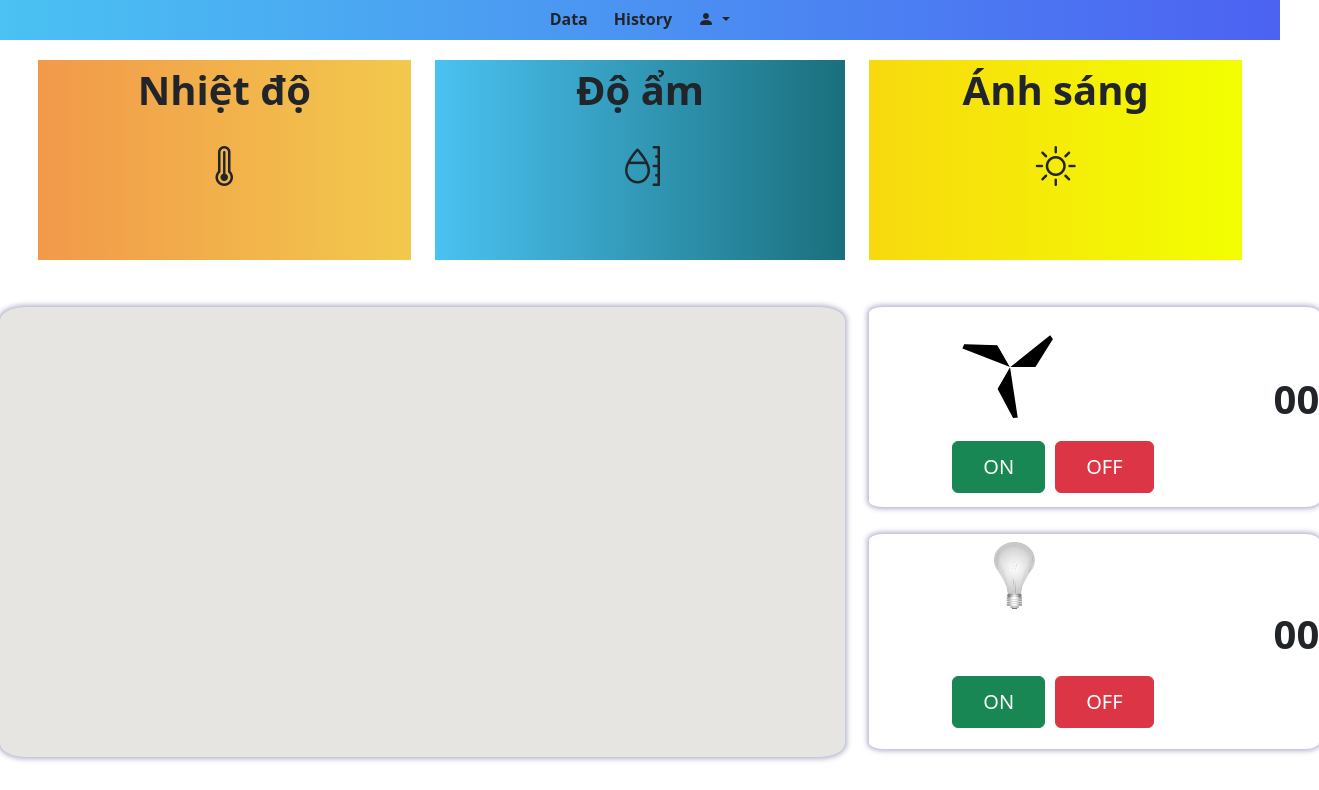
Repository: ndmq03102002/BTL_IOT
Page: Fontend_IOT/iot/index.html
These files come from the project's save history. The page is drawn as it stood at one moment and after the next save; the edit follows.
The browser window is 1280 px wide. The page is 1319 px wide, so the pictures cover 1319 px, including what lies to the right of the window. The pictures show the whole page.
The page's requests for data from a server got no answer.

Above is the page before, as saved 2023-11-09 17:00:00.

After the next save:
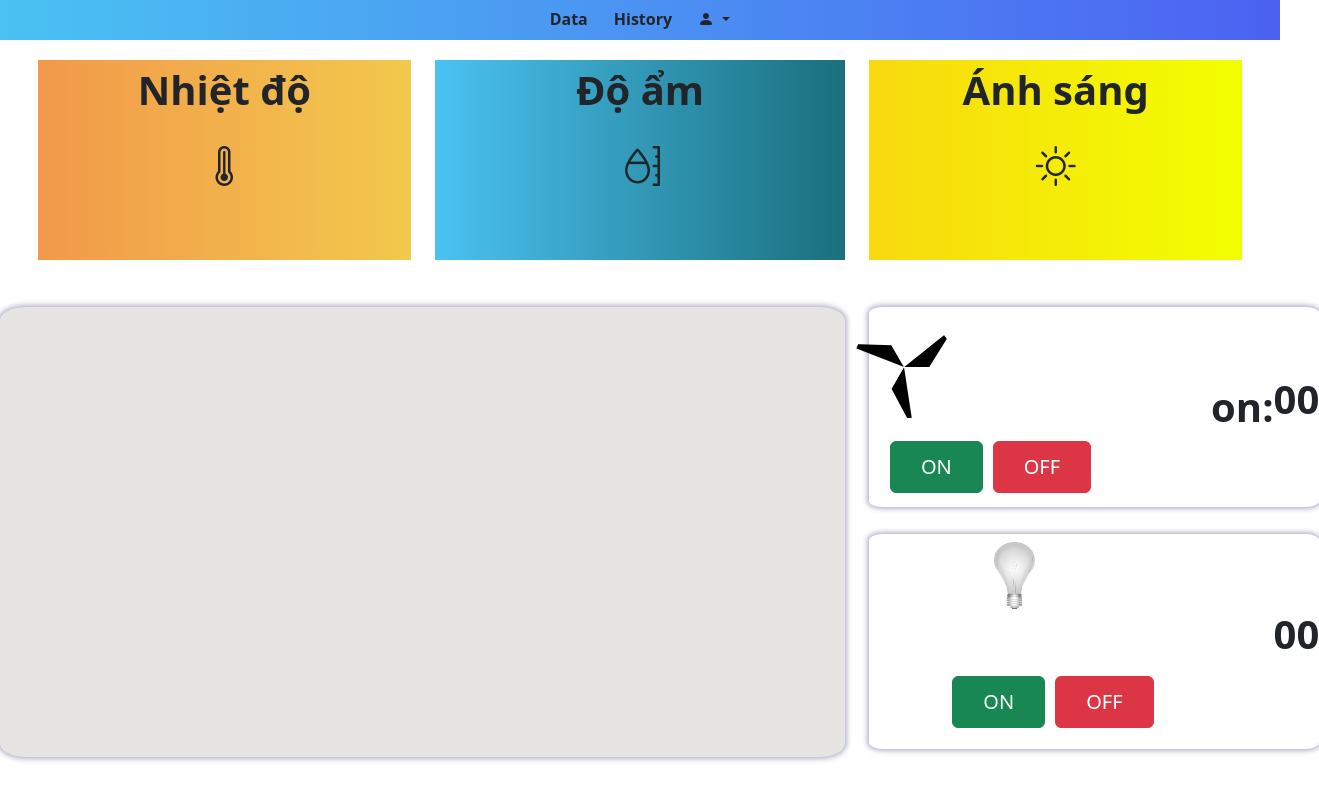
Saved 89 s later.
--- a/Fontend_IOT/iot/index.html
+++ b/Fontend_IOT/iot/index.html
@@ -68,7 +68,7 @@
                         <button class="btn btn-success onLed1 " style="--bs-btn-padding-y: 10px; --bs-btn-padding-x: 30px; --bs-btn-font-size: 20px; ">ON</button>
                          <button class="btn btn-danger offLed1"  style="--bs-btn-padding-y: 10px; --bs-btn-padding-x: 30px; --bs-btn-font-size: 20px;">OFF</button>
                     </div>
-                    <p style="display: inline;" id="fanCount"></p>
+                    on: <p style="display: inline;" id="fanCount"></p>
                     <p style="display: inline;" id="offfanCount"></p>
                 </div>
                 <div class="block block-size" style="background-color: white; margin-bottom: 20px; height: 215px; width: 450px; float: left; display: flex; justify-content: center; align-items: center;">
